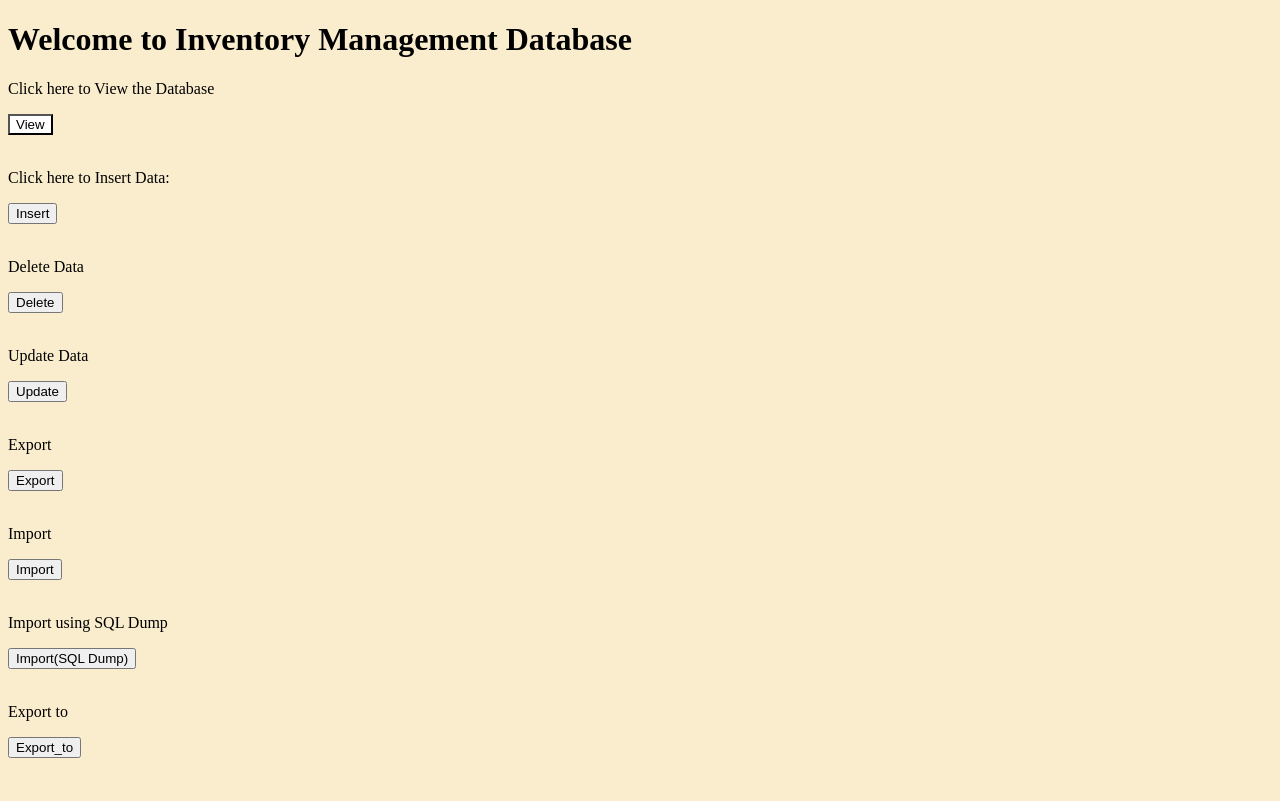
Repository: cyrusdwivedi2002/inventory-management-system
Page: DemoApp/src/main/webapp/Mainpage.html
These files come from the project's save history. The page is drawn as it stood at one moment and after the next save; the edit follows.
The browser window is 1280 px wide. The pictures show the whole page.
Some web fonts or font styles are not loaded; a fallback is used.

Above is the page before, as saved 2022-06-24 18:11:50.

### DemoApp/src/main/webapp/Mainpage.html
<!DOCTYPE html>
<html>
<head>
<meta charset="ISO-8859-1">

<link rel="preconnect" href="https://fonts.googleapis.com">
<link rel="preconnect" href="https://fonts.gstatic.com" crossorigin>
<link href="https://fonts.googleapis.com/css2?family=Anek+Latin:wght@500&family=Smooch&display=swap" rel="stylesheet">

<style>
body {
background-color: #faedcd;
font-family: 'Anek Latin', sans-serif;
font-family: 'Smooch', cursive;
}
h1{
color: black;
}
</style>
<title>Inventory management System</title>
</head>
<body>
	<h1>Welcome to Inventory Management Database</h1>
	<p> Click here to View the Database </p>
	<button type="button" form="form1"   onclick="window.location.href = 'view.html';" style = 'background-color:white'>View</button>
	<br/><br/>
	<p> Click here to Insert Data: </p>
	<button type="button" form="form1"   onclick="window.location.href = 'insert.html';">Insert</button>
	<br/><br/>
	<p> Delete Data </p>
	<button type="button" form="form1"   onclick="window.location.href = 'delete.html';">Delete</button>
	<br/><br/>
	<p> Update Data </p>
	<button type="button" form="form1"   onclick="window.location.href = 'update.html';">Update</button>
	<br/><br/>
	<p> Export </p>
	<button type="button" form="form1"   onclick="window.location.href = 'export.html';">Export</button>
	<br/><br/>
	<p> Import </p>
	<button type="button" form="form1"   onclick="window.location.href = 'import.html';">Import</button>
	<br/><br/>
	<p> Import using SQL Dump</p>
	<button type="button" form="form1"   onclick="window.location.href = 'importdump.html';">Import(SQL Dump)</button>
	<br/><br/>
	<p> Export to</p>
	<button type="button" form="form1"   onclick="window.location.href = 'export.html';">Export_to</button>
	<br/><br/>

	</body>
</html>

After the next save:
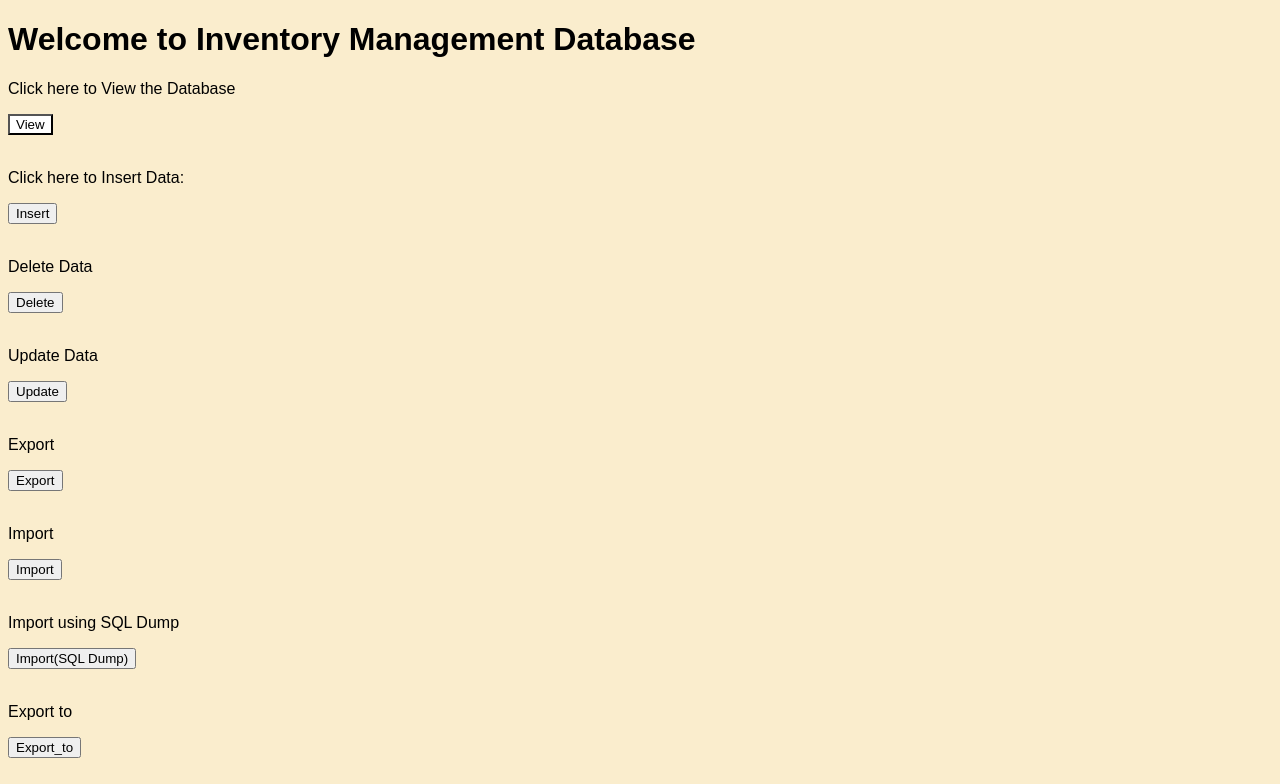
Saved 15 s later.
--- a/DemoApp/src/main/webapp/Mainpage.html
+++ b/DemoApp/src/main/webapp/Mainpage.html
@@ -11,7 +11,6 @@
 body {
 background-color: #faedcd;
 font-family: 'Anek Latin', sans-serif;
-font-family: 'Smooch', cursive;
 }
 h1{
 color: black;
